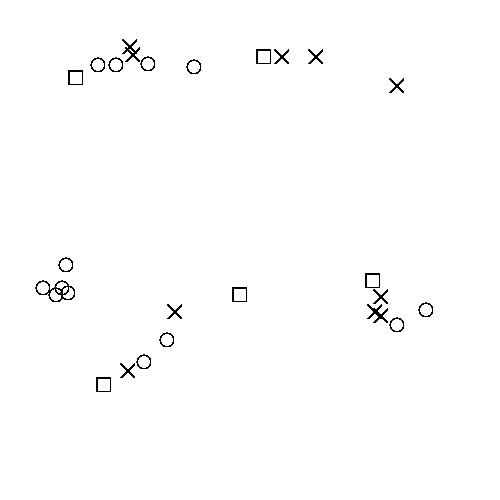
Repository: benceluzsinszky/rock-paper-scissors-simulation-pygame
Script's output: python main.py
An editor plug-in stored every save of this project. The script's output is shown before and after a run of saves, followed by the edit.
The window is shown after at most 60 frames with no key pressed. Random numbers start from a fixed seed. It also reads sprites/paper.png, sprites/rock.png, sprites/scissors.png.

Above is the script's output before, as saved 2023-04-24 21:13:39.

After the next 2 saves:
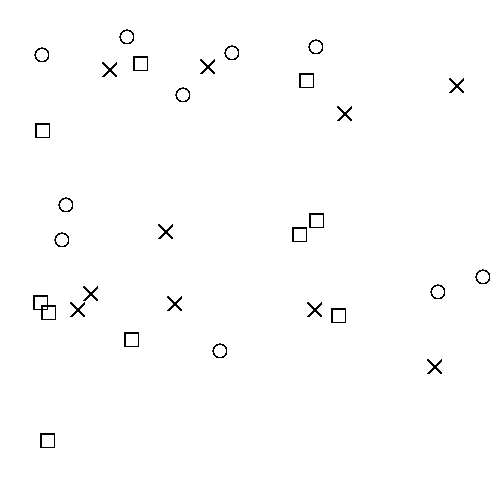
The 2 saves are shown as one change because 1 did not build or start.
The last was saved 85 s later.
--- a/main.py
+++ b/main.py
@@ -38,9 +38,9 @@ class Game():
         """
         while True:
             self.check_events()
-            self.move_sprites(self.rocks, self.scissors, self.papers)
-            self.move_sprites(self.scissors, self.papers, self.rocks)
-            self.move_sprites(self.papers, self.rocks, self.scissors)
+            # self.move_sprites(self.rocks, self.scissors, self.papers)
+            # self.move_sprites(self.scissors, self.papers, self.rocks)
+            # self.move_sprites(self.papers, self.rocks, self.scissors)
             self.check_collisions()
             self.update_screen()
             self.clock.tick(60)
@@ -83,9 +83,9 @@ class Game():
         self.collision(self.scissors, self.papers, "scissors")
         self.collision(self.papers, self.rocks, "paper")
 
-    def move_sprites(self, wathced_group, food, enemy):
-        for sprite in wathced_group:
-            sprite.action(food, enemy)
+    # def move_sprites(self, wathced_group, food, enemy):
+    #     for sprite in wathced_group:
+    #         sprite.action(food, enemy)
 
     def create_sprites(self, type, group):
         for _ in range(10):
